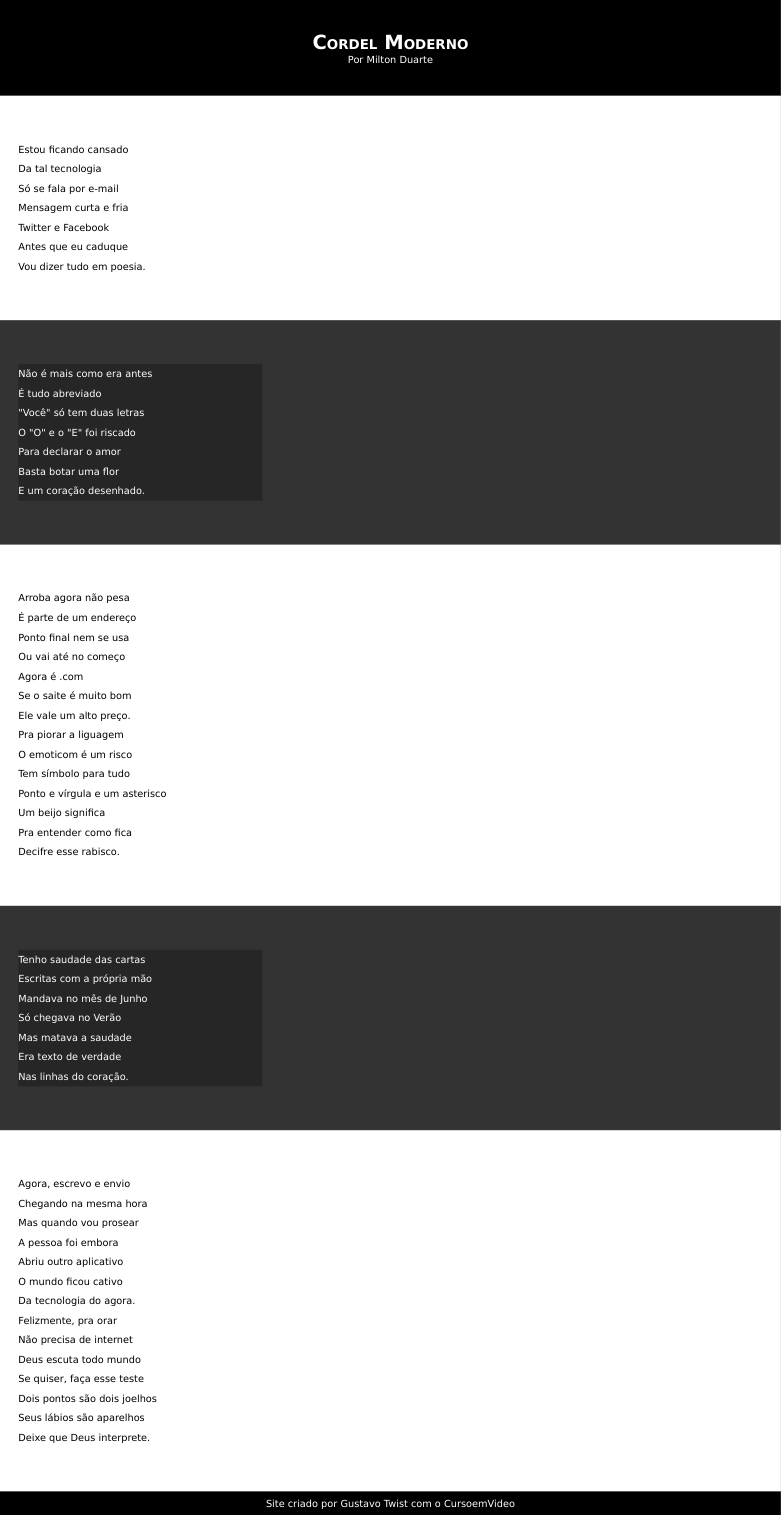
Repository: gustavotwist/projeto-cordel
Page: index.html
An editor plug-in stored every save of this project. The page is shown before and after the next save, followed by the edit.
The browser window is 1280 px wide. The pictures show the whole page, at 61% of full size.
Some web fonts or font styles are not loaded; a fallback is used.

Above is the page before, as saved 2024-04-23 19:30:12.

After the next save:
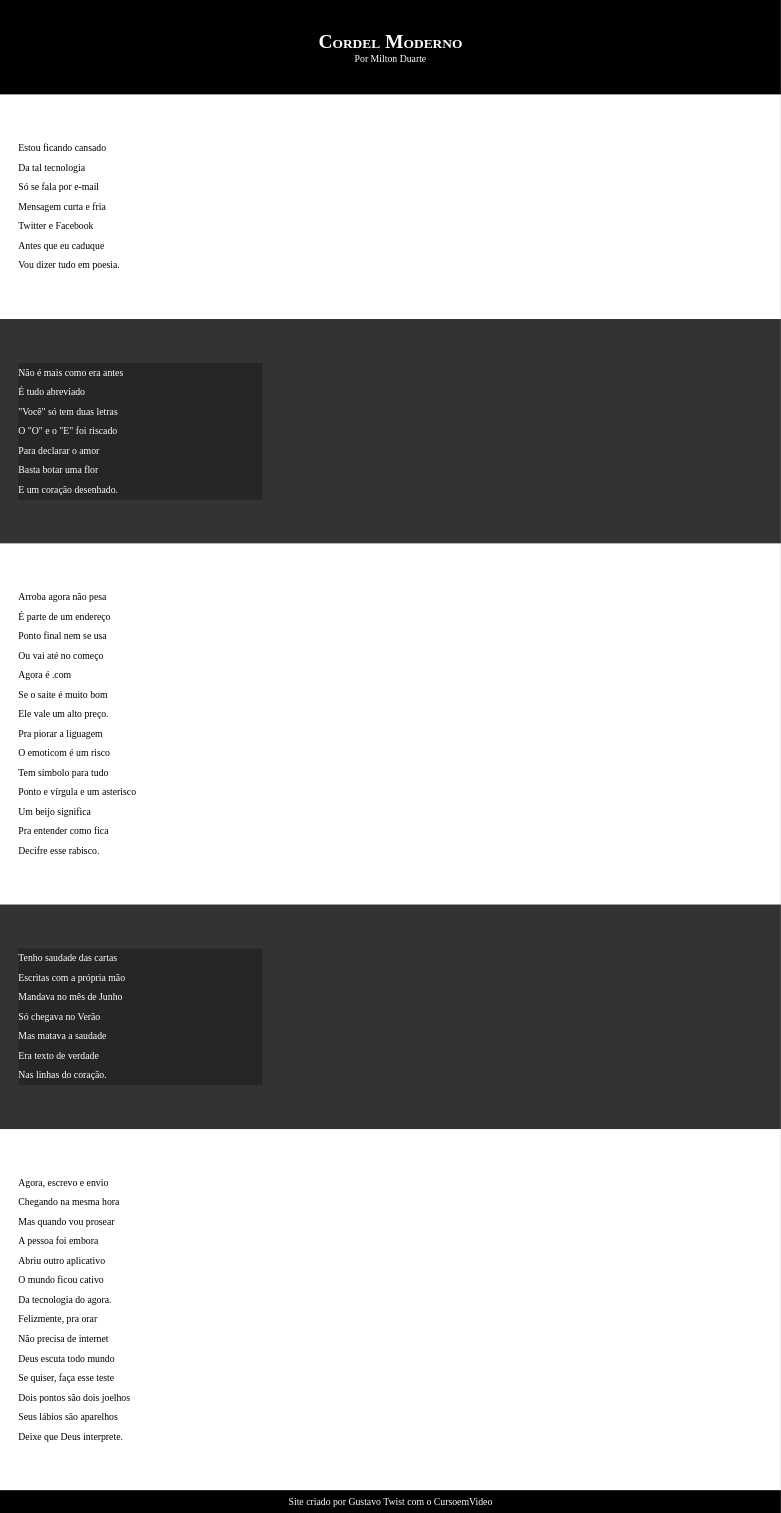
Saved 2 h 7 min later.
--- a/estilo/style.css
+++ b/estilo/style.css
@@ -9,7 +9,6 @@
 * {
     margin: 0px;
     padding: 0px;
-    font-family: Verdana, Genova, Tahoma, sans-serif;
 }
 
 html, body {

After the save that followed:
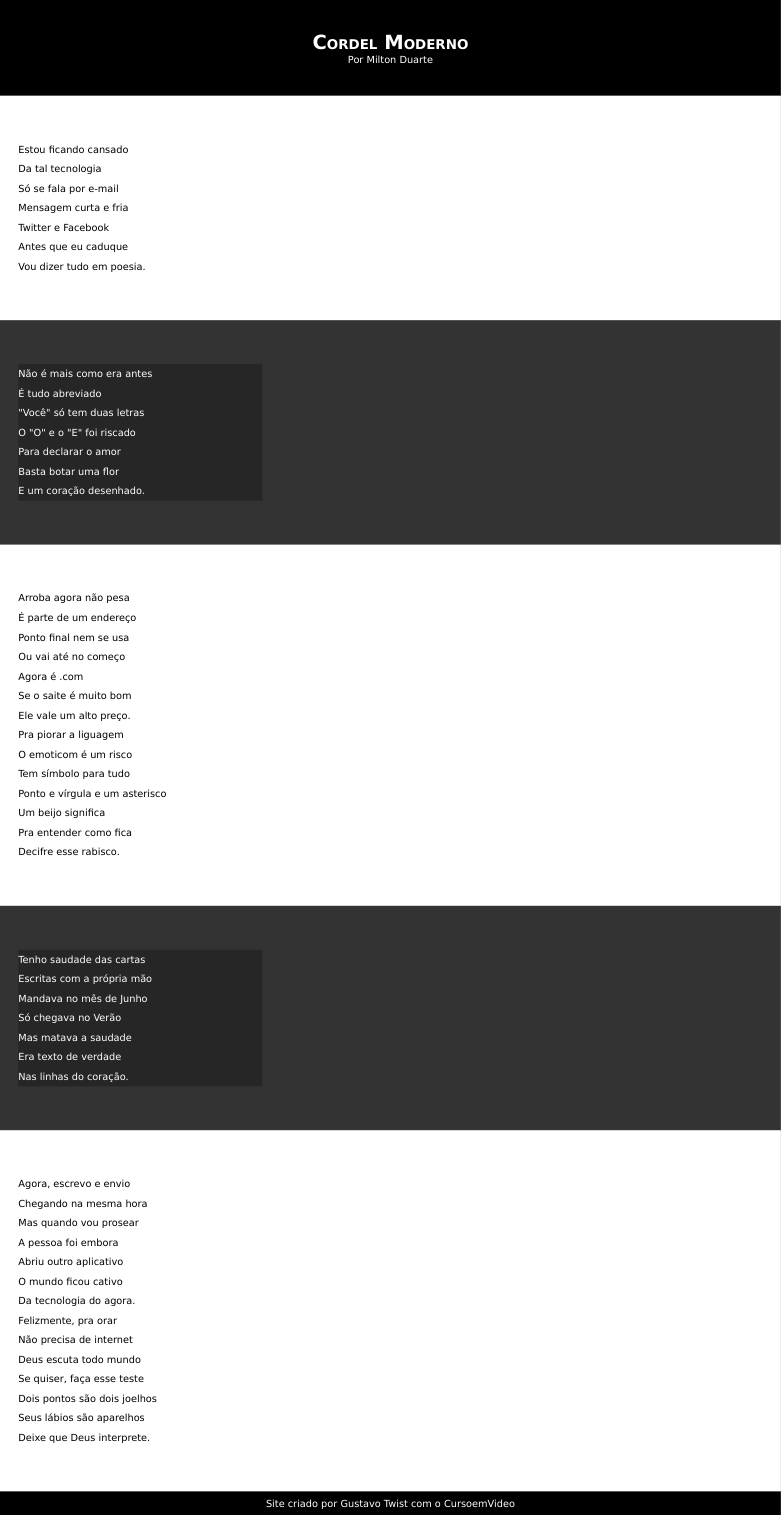
Saved 7 s later.
--- a/estilo/style.css
+++ b/estilo/style.css
@@ -9,6 +9,7 @@
 * {
     margin: 0px;
     padding: 0px;
+    font-family: Verdana, Genova, Tahoma, sans-serif;
 }
 
 html, body {
